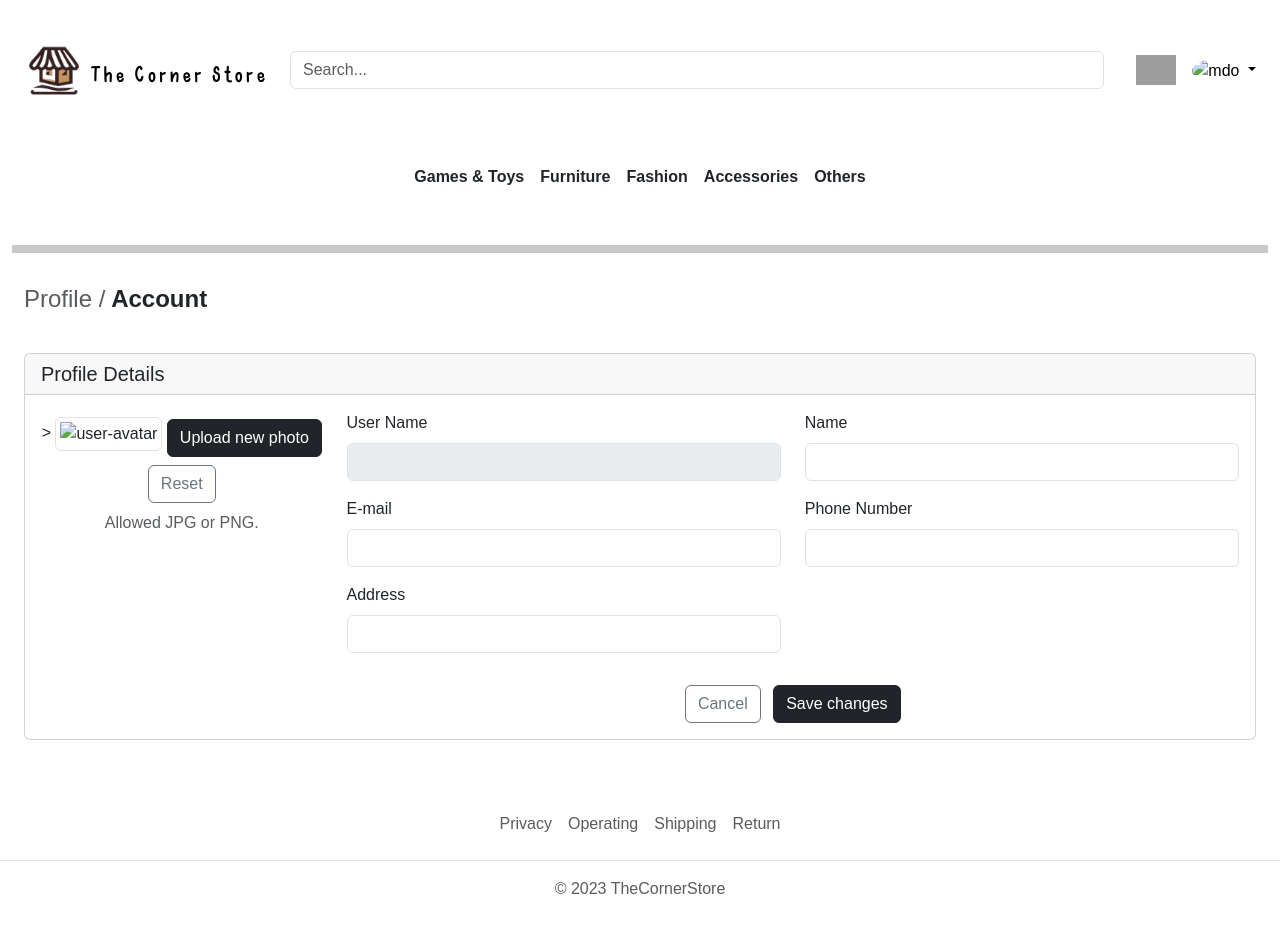
Repository: mintdunno/ass2-fullStack
Page: views/customer-profile.ejs
The author's editor kept a copy of each file at every save. The page is drawn from the files as they stood at one save, then again after the next save.
The browser window is 1280 px wide. The pictures show the whole page.
Pictures or frames that could not be fetched are drawn as grey boxes. Some web fonts or font styles are not loaded; a fallback is used. The page is served by the project's Node server (index.js). The template is opened directly, without the code that normally fills it, so the values that code supplies are empty.

Above is the page before, as saved 2023-09-23 15:39:41.
Not found: css/header.css

After the next save:
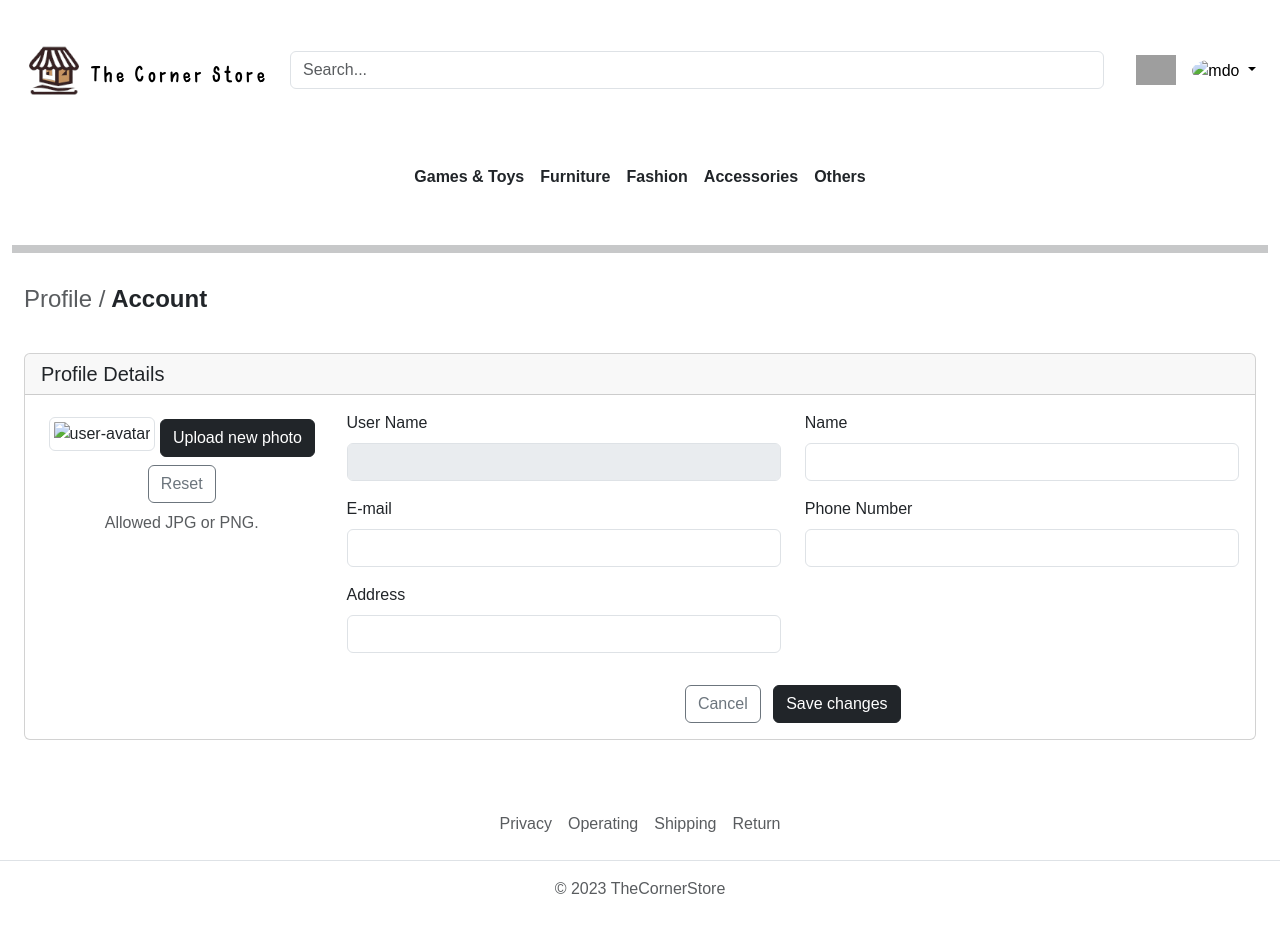
Saved 45 s later.
--- a/views/customer-profile.ejs
+++ b/views/customer-profile.ejs
@@ -17,7 +17,7 @@
                             <div class="col-md-3 text-center">
                                 <form id="formAccountSettings" method="POST"
                                     action="/customer/profile/<%= customer._id %>" enctype="multipart/form-data"
-                                    onsubmit="alert('Data Saved');">>
+                                    onsubmit="alert('Data Saved');">
                                     <img src="data:[embedded picture, 117 characters]"
                                         alt="user-avatar" class="img-thumbnail" id="uploadedAvatar">
                                     <label for="upload" class="btn btn-dark mt-2">
